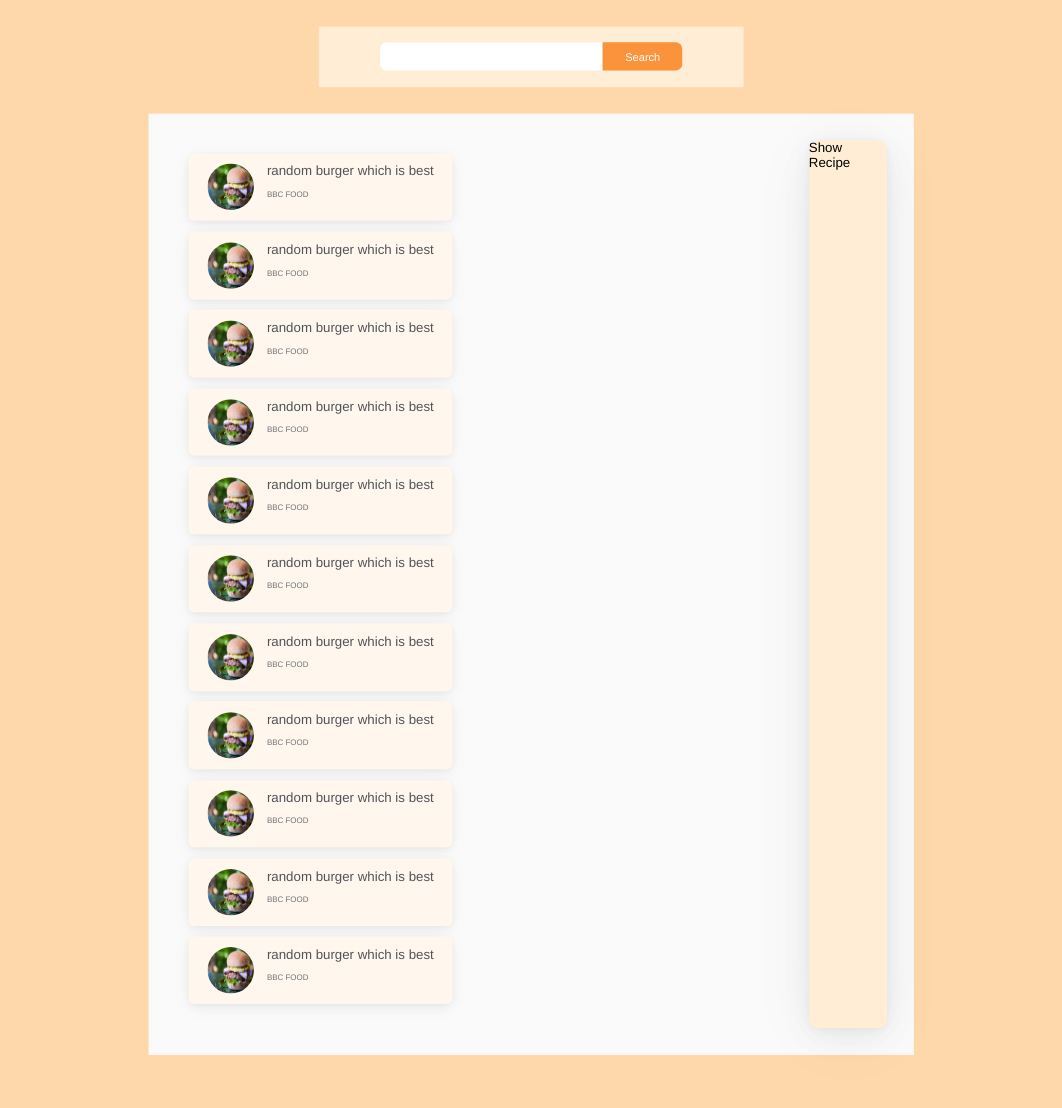
Repository: sandipkarmokar/recipeApp
Page: /
An editor plug-in stored every save of this project. The page is shown before and after the next save, followed by the edit.
The browser window is 1280 px wide. The pictures show the whole page, at 83% of full size.
The project was rebuilt for these pictures with package versions that can differ from the ones it lists, and the page was loaded fresh each time.

Above is the page before, as saved 2022-04-16 12:32:50.

### src/App.js
import { useState } from 'react';
import './App.css';
import SearchBar from './components/searchBar';
import ListView from './components/listView';
import RecipeShow from './components/recipeShow';

const App = () => {
    const [query, setQuery] = useState('');
    const [recipeList, setRecipeList] = useState([]);
    const [isLoading, setIsLoading] = useState(true);
    const [recipeId, setRecipeId] = useState('');

    const url = `https://forkify-api.herokuapp.com/api/search?q=${query}`;
    const recipeUrl = `https://forkify-api.herokuapp.com/api/get?rId=${recipeId}`;

    return (
        <div className="app">
            <div className="app-container">
                <SearchBar></SearchBar>
                <div className="recipe-modal">
                    <ListView></ListView>
                    <RecipeShow></RecipeShow>
                </div>
            </div>
        </div>
    );
};

export default App;

### src/App.css
* {
    margin: 0;
    padding: 0;
    box-sizing: border-box;
    font-family: Helvetica, sans-serif;
}

.app {
    height: 100%;
    width: 100vw;
    background-color: #fed7aa;
}

.app .app-container {
    margin: 0 auto;
    width: 80%;
    padding: 2rem 0;
    display: flex;
    justify-content: center;
    flex-direction: column;
}

.app .app-container .searchBar {
    width: 50%;
    background-color: #ffedd5;
    padding: 1.2rem 1rem;
    margin: 0 auto;
    width: 50%;
    display: flex;
    justify-content: center;
}
.app .app-container .searchBar .searchBar-container {
    width: 80%;
    margin: 0 auto;
    display: flex;
    justify-content: center;
}
.app .app-container .searchBar .searchBar-container input {
    width: 70%;
    padding: 0.4rem 1rem;
    border: none;
    border-radius: 0.5rem 0 0 0.5rem;
}

.app .app-container .searchBar .searchBar-container button {
    width: 25%;
    padding: 0.6rem 1rem;
    background-color: #fb923c;
    border: none;
    color: #fff;
    border-radius: 0 0.5rem 0.5rem 0;
}

.app .app-container .recipe-modal {
    width: 90%;
    background-color: #fafafa;
    margin: 2rem auto;
    display: flex;
    justify-content: space-between;
    padding: 2rem;
}

.app .app-container .recipe-modal .recipeList {
    padding: 1rem;
}

.app
    .app-container
    .recipe-modal
    .recipeList
    .recipeList-container
    .recipe-item {
    display: flex;
    background-color: #fff7ed;
    padding: 0.8rem 1.4rem;
    margin-bottom: 0.8rem;
    box-shadow: 0px 5px 24px rgba(0, 0, 0, 0.04),
        0px 3.24074px 14.0556px rgba(0, 0, 0, 0.0303704),
        0px 1.92593px 7.64444px rgba(0, 0, 0, 0.0242963),
        0px 1px 3.9px rgba(0, 0, 0, 0.02),
        0px 0.407407px 1.95556px rgba(0, 0, 0, 0.0157037),
        0px 0.0925926px 0.944444px rgba(0, 0, 0, 0.00962963);
    border-radius: 0.4rem;
}
.app
    .app-container
    .recipe-modal
    .recipeList
    .recipeList-container
    .recipe-item
    img {
    height: 56px;
    width: 56px;
    border-radius: 100%;
}
.app
    .app-container
    .recipe-modal
    .recipeList
    .recipeList-container
    .recipe-item
    .info {
    display: flex;
    flex-direction: column;
    margin-left: 1rem;
}
.app
    .app-container
    .recipe-modal
    .recipeList
    .recipeList-container
    .recipe-item
    .info
    .title {
    color: #52525b;
    font-size: 1rem;
}
.app
    .app-container
    .recipe-modal
    .recipeList
    .recipeList-container
    .recipe-item
    .info
    .publisher {
    color: #71717a;
    font-size: 0.6rem;
    margin-top: 0.8rem;
}

.app .app-container .recipe-modal .recipeShow {
    background-color: #ffedd5;
    box-shadow: 0px 12px 80px rgba(0, 0, 0, 0.05),
        0px 7.77778px 46.8519px rgba(0, 0, 0, 0.037963),
        0px 4.62222px 25.4815px rgba(0, 0, 0, 0.0303704),
        0px 2.4px 13px rgba(0, 0, 0, 0.025),
        0px 0.977778px 6.51852px rgba(0, 0, 0, 0.0196296),
        0px 0.222222px 3.14815px rgba(0, 0, 0, 0.012037);
    border-radius: 12px;
}
.app .app-container .recipe-modal .recipeShow .recipeShow-container {
    width: 70%;
}

### src/components/searchBar.js
import React from 'react';

const SearchBar = () => {
    return (
        <div className="searchBar">
            <form className="searchBar-container">
                <input type="text" />
                <button type="submit">Search</button>
            </form>
        </div>
    );
};

export default SearchBar;

### src/components/listView.js
import React from 'react';
import data from './data';

const ListView = () => {
    return (
        <div className="recipeList">
            <div className="recipeList-container">
                {data.map((el) => {
                    console.log(data);
                    return (
                        <div className="recipe-item">
                            <img src={el.img} alt="" />
                            <div className="info">
                                <p className="title">{el.title}</p>
                                <p className="publisher">{el.publisher}</p>
                            </div>
                        </div>
                    );
                })}
            </div>
        </div>
    );
};

export default ListView;

### src/components/recipeShow.js
import React from 'react';
import recipeData from './recipeData';

const RecipeShow = () => {
    console.log(recipeData);
    return (
        <div className="recipeShow">
            <div className="recipeShow-container">
                <p>Show Recipe</p>
            </div>
        </div>
    );
};

export default RecipeShow;

### src/components/data.js
import image from '../components/food.jpg';

const data = [
    {
        id: 1,
        img: image,
        title: 'random burger which is best',
        publisher: 'BBC FOOD',
    },
    {
        id: 1,
        img: image,
        title: 'random burger which is best',
        publisher: 'BBC FOOD',
    },
    {
        id: 1,
        img: image,
        title: 'random burger which is best',
        publisher: 'BBC FOOD',
    },
    {
        id: 1,
        img: image,
        title: 'random burger which is best',
        publisher: 'BBC FOOD',
    },
    {
        id: 1,
        img: image,
        title: 'random burger which is best',
        publisher: 'BBC FOOD',
    },
    {
        id: 1,
        img: image,
        title: 'random burger which is best',
        publisher: 'BBC FOOD',
    },
    {
        id: 1,
        img: image,
        title: 'random burger which is best',
        publisher: 'BBC FOOD',
    },
    {
        id: 1,
        img: image,
        title: 'random burger which is best',
        publisher: 'BBC FOOD',
    },
    {
        id: 1,
        img: image,
        title: 'random burger which is best',
        publisher: 'BBC FOOD',
    },
    {
        id: 1,
        img: image,
        title: 'random burger which is best',
        publisher: 'BBC FOOD',
    },
    {
        id: 1,
        img: image,
        title: 'random burger which is best',
        publisher: 'BBC FOOD',
    },
];

export default data;

### src/components/recipeData.js
const recipeData = [
    {
        recipe: {
            publisher: '101 Cookbooks',
            ingredients: [
                '4 1/2 cups (20.25 ounces) unbleached high-gluten, bread, or all-purpose flour, chilled',
                '1 3/4 (.44 ounce) teaspoons salt',
                '1 teaspoon (.11 ounce) instant yeast',
                '1/4 cup (2 ounces) olive oil (optional)',
                '1 3/4 cups (14 ounces) water, ice cold (40F)',
                'Semolina flour OR cornmeal for dusting',
            ],
            source_url: 'http://www.101cookbooks.com/archives/001199.html',
            recipe_id: '47746',
            image_url:
                'http://forkify-api.herokuapp.com/images/best_pizza_dough_recipe1b20.jpg',
            social_rank: 100,
            publisher_url: 'http://www.101cookbooks.com',
            title: 'Best Pizza Dough Ever',
        },
    },
];

export default recipeData;

Loaded but not shown: public/index.html (common file); src/index.js (common file); src/index.css (common file); src/reportWebVitals.js (common file)

After the next save:
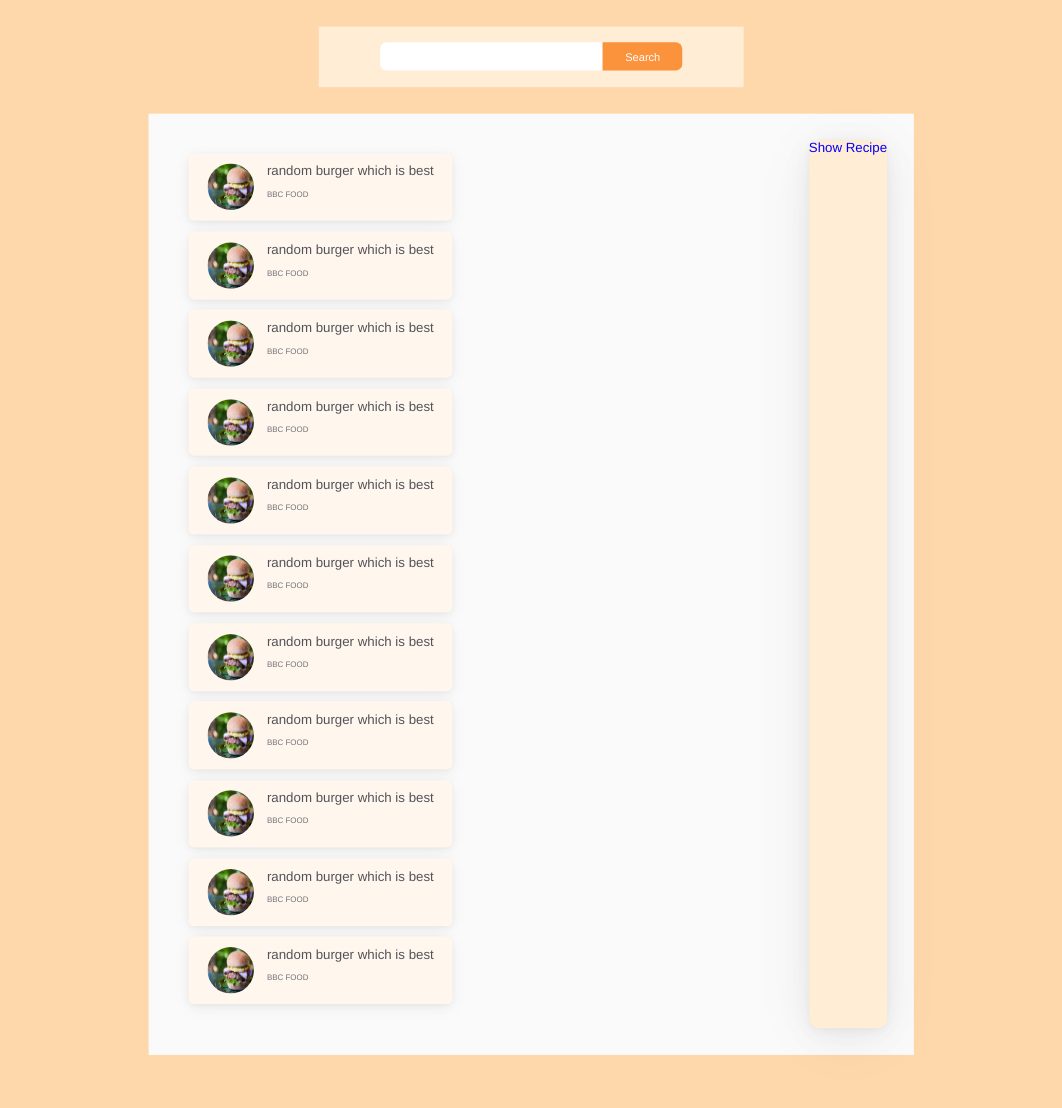
Saved 12 s later.
--- a/src/App.css
+++ b/src/App.css
@@ -139,5 +139,5 @@
     border-radius: 12px;
 }
 .app .app-container .recipe-modal .recipeShow .recipeShow-container {
-    width: 70%;
+    color: blue;
 }
